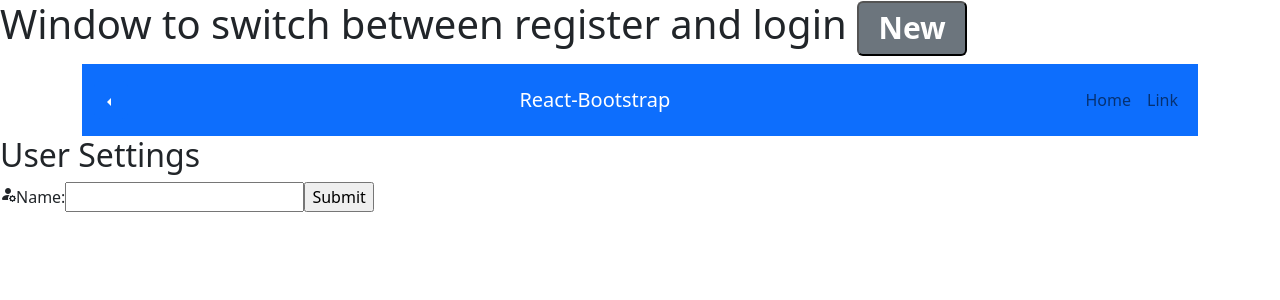
Repository: christenis98/RealWorldApp
Page: / (app in bank-frontend/)
An editor plug-in stored every save of this project. The page is shown before and after the next save, followed by the edit.
The browser window is 1280 px wide. The pictures show the whole page.
The project was rebuilt for these pictures with package versions that can differ from the ones it lists, and the page was loaded fresh each time. Also part of the build but not shown: bank-frontend/src/App.css.

Above is the page before, as saved 2022-11-24 12:18:54.

### bank-frontend/src/index.js
import React from 'react';
import ReactDOM from 'react-dom/client';
import './index.css';
import App from './App';
import reportWebVitals from './reportWebVitals';
import 'bootstrap/dist/css/bootstrap.min.css';

import 'bootstrap-icons/font/bootstrap-icons.css';

const root = ReactDOM.createRoot(document.getElementById('root'));
root.render(
  <React.StrictMode>
    <App />
  </React.StrictMode>
);

// If you want to start measuring performance in your app, pass a function
// to log results (for example: reportWebVitals(console.log))
// or send to an analytics endpoint. Learn more: https://bit.ly/CRA-vitals
reportWebVitals();

### bank-frontend/src/App.js
import logo from './logo.svg';
import './App.css';
import Badge from 'react-bootstrap/Badge'
import DropStartComponent from './js/DropStartComponent';
import UserSettings from './js/UserSettings';


function App() {
  return (
    <div>
    <h1>
      Window to switch between register and login{' '}
      <Badge bg="secondary" as="Button">
        New
      </Badge>
    </h1>
    <DropStartComponent/>
    <UserSettings/>
  </div>
  );
}

export default App;

### bank-frontend/src/js/DropStartComponent.js
import Dropdown from "react-bootstrap/Dropdown";
import DropdownButton from "react-bootstrap/DropdownButton";
import Nav from "react-bootstrap/Nav";
import Navbar from "react-bootstrap/Navbar";
import NavDropdown from "react-bootstrap/NavDropdown";
import Container from "react-bootstrap/Container";

const DropStartComponent = () => {
  return (
    <Container>
      <Navbar bg="primary" variant="dark" expand="lg">
        <Container>
          <DropdownButton
            key={"start"}
            id={`dropdown-button-drop-${"start"}`}
            drop={"start"}
            variant="primary"
          >
            <Dropdown.Item eventKey="1">Action</Dropdown.Item>
            <Dropdown.Item eventKey="2">Another action</Dropdown.Item>
            <Dropdown.Item eventKey="3">Something else here</Dropdown.Item>
            <Dropdown.Divider />
            <Dropdown.Item eventKey="4">Separated link</Dropdown.Item>
          </DropdownButton>
          <Navbar.Brand href="#home">React-Bootstrap</Navbar.Brand>
          <Navbar.Toggle aria-controls="basic-navbar-nav" />
          <Navbar id="basic-navbar-nav">
            <Nav className="me-auto">
              <Nav.Link href="#home">Home</Nav.Link>
              <Nav.Link href="#link">Link</Nav.Link>
            </Nav>
          </Navbar>
        </Container>
      </Navbar>
    </Container>
  );
};

export default DropStartComponent;

### bank-frontend/src/js/UserSettings.jsx
import React from 'react'

function UserSettings() {
    return (
        <div class="d-flex flex-column bd-highlight mb-3">
            <h2>User Settings</h2>
            <div class="d-flex flex-row bd-highlight mb-3">
                <i class="bi bi-person-fill-gear"></i>
                <label>
                    Name:
                    <input type="text" name="name" />
                </label>
                <input type="submit" value="Submit" />
            </div>

        </div>
    )
}


export default UserSettings;

Loaded but not shown: bank-frontend/public/index.html (common file); bank-frontend/src/index.css (common file); bank-frontend/src/reportWebVitals.js (common file)

After the next save:
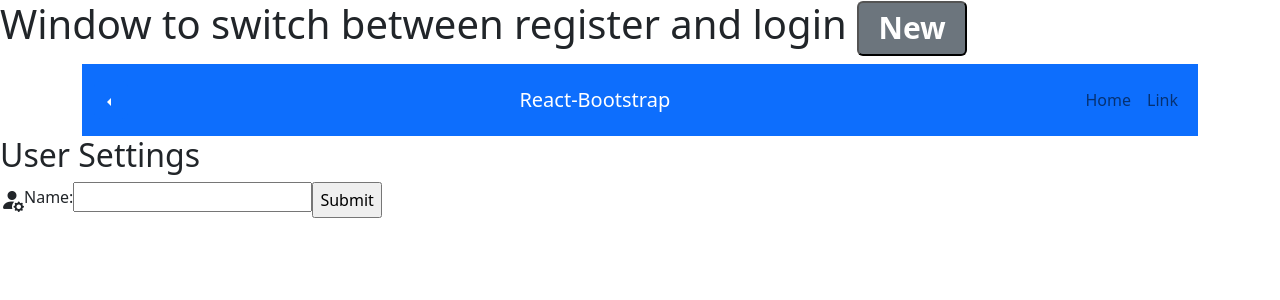
Saved 73 s later.
--- a/bank-frontend/src/js/UserSettings.jsx
+++ b/bank-frontend/src/js/UserSettings.jsx
@@ -5,7 +5,7 @@ function UserSettings() {
         <div class="d-flex flex-column bd-highlight mb-3">
             <h2>User Settings</h2>
             <div class="d-flex flex-row bd-highlight mb-3">
-                <i class="bi bi-person-fill-gear"></i>
+                <i class="bi bi-person-fill-gear" style={{fontSize: "150%"}}></i>
                 <label>
                     Name:
                     <input type="text" name="name" />
